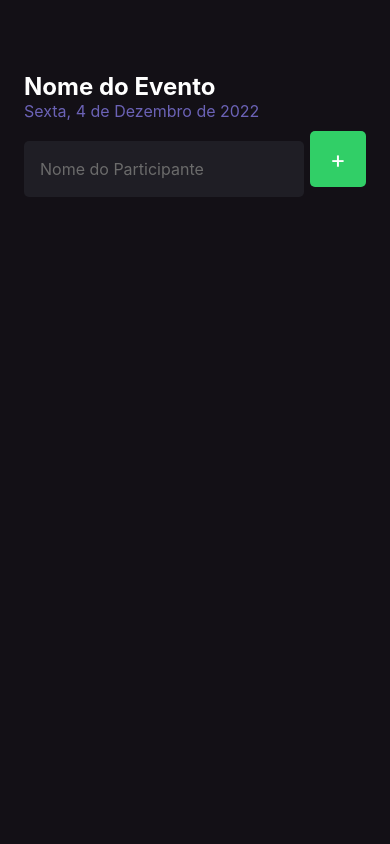
Repository: guilhermecardoso93/reactNative-ignite-imhere
Screen: /
The author's editor kept a copy of each file at every save. The screen is drawn from the files as they stood at one save, then again after the next save.
The app was drawn by React Native's web renderer in a window 390 px wide. The project was rebuilt for these pictures with package versions that can differ from the ones it lists, and the page was loaded fresh each time.

Above is the screen before, as saved 2022-10-02 19:52:50.

After the next save:
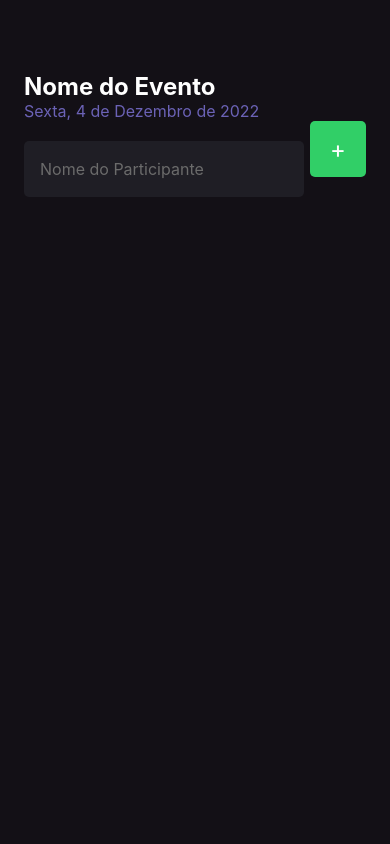
Saved 10 s later.
--- a/src/screens/Home/styles.ts
+++ b/src/screens/Home/styles.ts
@@ -19,7 +19,7 @@ export const styles = StyleSheet.create({
   form: {
     width: "100%",
     flexDirection: "row",
-    alignItems: "center",
+    //alignItems: "center",
     justifyContent: "space-between",
   },
   eventInput: {
